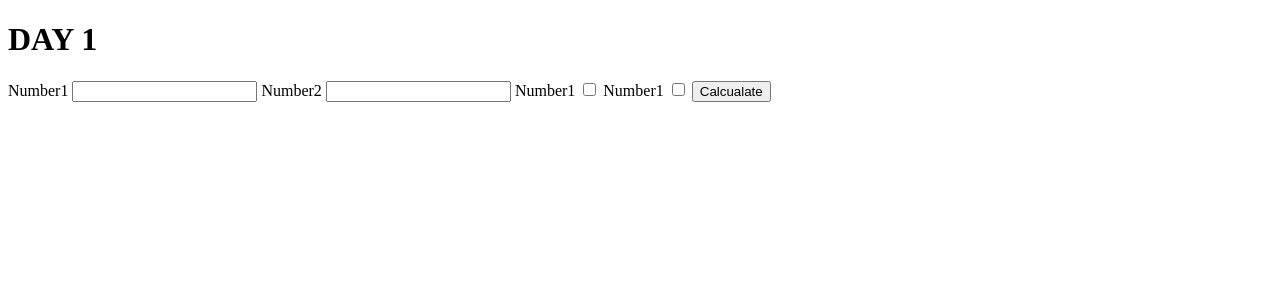
Repository: Padminivittal/Padmini-MWB
Page: MWB Day1/WebContent/Lab1.html
The author's editor kept a copy of each file at every save. The page is drawn from the files as they stood at one save, then again after the next save.
The browser window is 1280 px wide. The pictures show the whole page.

Above is the page before, as saved 2012-07-20 07:35:37.

After the next save:
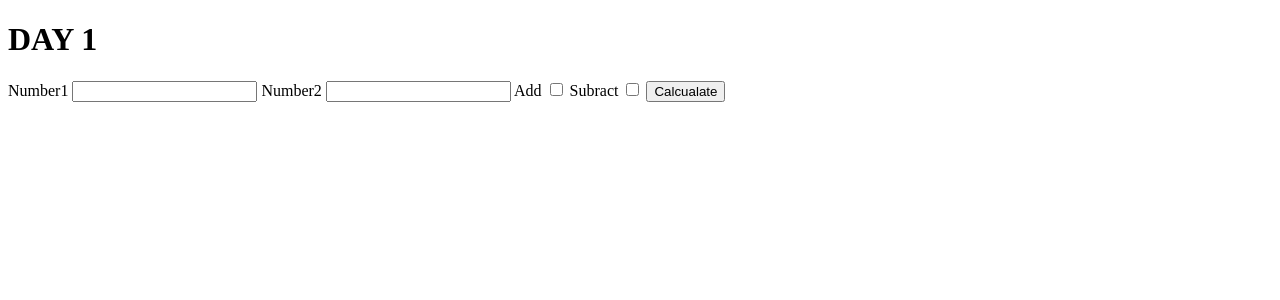
Saved 67 s later.
--- a/MWB Day1/WebContent/Lab1.html
+++ b/MWB Day1/WebContent/Lab1.html
@@ -66,9 +66,9 @@ function doOperation(operation)
 <input type="number" id="number1"/>
 <label for="number2" >Number2 </label>
 <input type="number" id="number2"/>
-<label for="add" >Number1 </label>
+<label for="add" >Add </label>
 <input type="checkbox" id="add" onchange="addOperations()"/>
-<label for="subract" >Number1 </label>
+<label for="subract" >Subract </label>
 <input type="checkbox" id="subract" onchange="addOperations()"/>
 <button id="calculate" onclick="calculate()">Calcualate</button>
 <div id="results">
